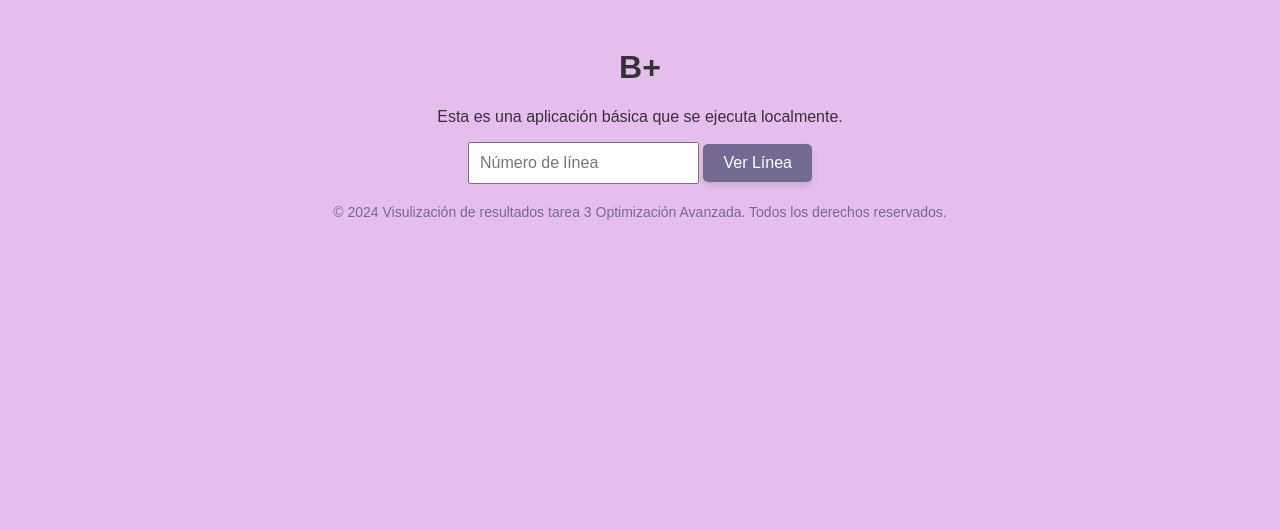
Repository: cflorido/Front_T3
Page: index.html
The author's editor kept a copy of each file at every save. The page is drawn from the files as they stood at one save, then again after the next save.
The browser window is 1280 px wide. The pictures show the whole page.

Above is the page before, as saved 2024-10-22 19:20:13.

### index.html
<!DOCTYPE html>
<html lang="es">
<head>
    <meta charset="UTF-8">
    <meta name="viewport" content="width=device-width, initial-scale=1.0">
    <title>Mi Aplicación HTML Básica</title>
    <style>
        body {
            font-family: Arial, sans-serif;
            background-color: #E5BEED; /* Color de fondo */
            color: #333;
            text-align: center;
            padding: 20px;
        }
        button {
            padding: 10px 20px;
            font-size: 16px;
            cursor: pointer;
            background-color: #736B92; /* Color de fondo del botón */
            color: white; /* Color del texto */
            border: none; /* Sin borde */
            border-radius: 5px; /* Bordes redondeados */
            transition: background-color 0.3s; /* Efecto de transición */
            box-shadow: 0 4px 6px rgba(0, 0, 0, 0.1); /* Sombra */
        }
        button:hover {
            background-color: #7D5C65; /* Color más oscuro al pasar el mouse */
        }
        #contenido {
            margin-top: 20px;
            padding: 10px;
            border: 1px solid #7C90DB; /* Borde color */
            background-color: #fff; /* Fondo blanco */
            border-radius: 8px; /* Bordes redondeados */
            box-shadow: 0 2px 10px rgba(0, 0, 0, 0.2); /* Sombra */
            display: none; /* Oculto por defecto */
        }
        table {
            margin: 20px auto;
            border-collapse: collapse;
            width: 100%;
            border-radius: 10px; /* Bordes redondeados */
            overflow: hidden; /* Esconde bordes */
        }
        th, td {
            border: 1px solid #736B92; /* Borde de las celdas */
            padding: 10px;
            text-align: center;
            width: 14.28%; /* Para que se divida el espacio en 7 columnas */
        }
        th {
            background-color: #9593D9; /* Color de fondo del encabezado */
            color: white; /* Color del texto en el encabezado */
            font-weight: bold; /* Texto en negrita */
        }
        td {
            background-color: #ffffff; /* Color de fondo de las celdas */
            transition: background-color 0.3s; /* Efecto de transición */
        }
        td.utilizado {
            background-color: #7C90DB; /* Color para las franjas utilizadas */
            color: #ffffff; /* Color del texto en las celdas utilizadas */
            font-weight: bold; /* Texto en negrita */
        }
        .footer {
            margin-top: 20px;
            font-size: 14px;
            color: #736B92; /* Color del texto del pie de página */
        }
    </style>
</head>
<body>
    <h1>B+</h1>
    <p>Esta es una aplicación básica que se ejecuta localmente.</p>

    <input type="number" id="numeroLinea" placeholder="Número de línea" min="1" style="padding: 10px; font-size: 16px;">
    <button onclick="cargarLinea()">Ver Línea</button>

    <div id="contenido"></div>

    <div class="footer">
        <p>&copy; 2024 Visulización de resultados tarea 3 Optimización Avanzada. Todos los derechos reservados.</p>
    </div>

    <script>
        let lineas = []; // Array para almacenar las líneas del archivo

        // Función para cargar el contenido del archivo y dividirlo en líneas
        function cargarContenido() {
            fetch('data.txt')
                .then(response => {
                    if (!response.ok) {
                        throw new Error('Error al cargar el archivo: ' + response.statusText);
                    }
                    return response.text();
                })
                .then(data => {
                    lineas = data.split('\n'); // Divide el contenido en líneas
                })
                .catch(error => {
                    console.error(error);
                    alert('No se pudo cargar el contenido.');
                });
        }

        // Función para mostrar la línea seleccionada
        function cargarLinea() {
            const numeroLinea = document.getElementById("numeroLinea").value;
            const contenidoDiv = document.getElementById("contenido");

            // Verificar si el número de línea es válido
            if (numeroLinea > 0 && numeroLinea <= lineas.length) {
                const horario = JSON.parse(lineas[numeroLinea - 1]); // Parsear la línea como JSON
                mostrarHorario(horario); // Mostrar el horario en forma de tabla
                contenidoDiv.style.display = 'block'; // Muestra el div
            } else {
                alert('Número de línea no válido. Intenta de nuevo.');
            }
        }

        // Función para mostrar el horario en una tabla
        function mostrarHorario(horario) {
            const contenidoDiv = document.getElementById("contenido");
            contenidoDiv.innerHTML = ''; // Limpiar el contenido previo

            // Crear la tabla
            const tabla = document.createElement('table');
            const thead = document.createElement('thead');
            const tbody = document.createElement('tbody');

            // Crear encabezado de la tabla
            const encabezado = document.createElement('tr');
            const dias = ['Franja Horaria', 'Lunes', 'Martes', 'Miércoles', 'Jueves', 'Viernes', 'Sábado', 'Domingo'];
            dias.forEach(dia => {
                const th = document.createElement('th');
                th.textContent = dia;
                encabezado.appendChild(th);
            });
            thead.appendChild(encabezado);
            tabla.appendChild(thead);

            // Crear filas de horarios
            for (let i = 0; i < 12; i++) { // 12 franjas horarias
                const fila = document.createElement('tr');

                // Calcular la franja horaria
                const horaInicio = (i * 2) % 24;
                const horaFin = (horaInicio + 2) % 24;
                const franjaHoraria = `${horaInicio < 10 ? '0' : ''}${horaInicio}:00 - ${horaFin < 10 ? '0' : ''}${horaFin}:00`;

                // Añadir la franja horaria a la celda
                const celdaFranja = document.createElement('td');
                celdaFranja.textContent = franjaHoraria;
                fila.appendChild(celdaFranja);

                for (let j = 0; j < 7; j++) { // 7 días de la semana
                    const celda = document.createElement('td');
                    celda.textContent = horario[i * 7 + j]; // Calcular la posición en el array
                    if (horario[i * 7 + j] === 1) {
                        celda.classList.add('utilizado'); // Añadir clase si es utilizado
                    }
                    fila.appendChild(celda);
                }
                tbody.appendChild(fila);
            }

            tabla.appendChild(tbody);
            contenidoDiv.appendChild(tabla);
        }

        // Cargar el contenido del archivo al inicio
        cargarContenido();
    </script>
</body>
</html>

After the next save:
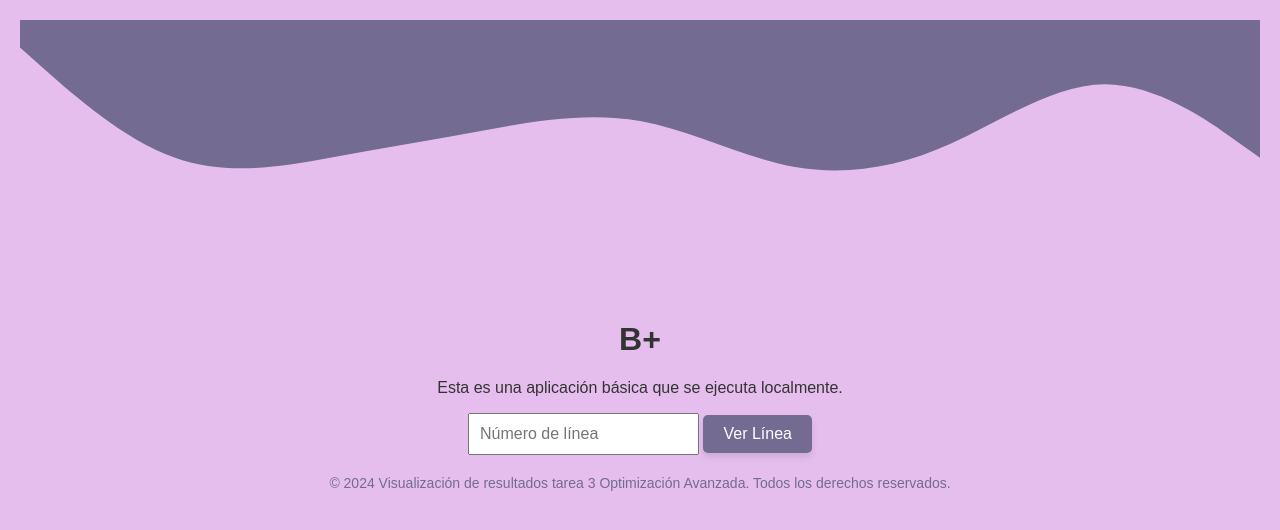
Saved 35 s later.
--- a/index.html
+++ b/index.html
@@ -11,6 +11,7 @@
             color: #333;
             text-align: center;
             padding: 20px;
+            margin: 0; /* Eliminar el margen por defecto */
         }
         button {
             padding: 10px 20px;
@@ -70,6 +71,12 @@
     </style>
 </head>
 <body>
+
+    <!-- Encabezado con olas -->
+    <svg viewBox="0 0 1440 320">
+        <path fill="#736B92" fill-opacity="1" d="M0,32L30,58.7C60,85,120,139,180,160C240,181,300,171,360,160C420,149,480,139,540,128C600,117,660,107,720,117.3C780,128,840,160,900,170.7C960,181,1020,171,1080,144C1140,117,1200,75,1260,74.7C1320,75,1380,117,1410,138.7L1440,160L1440,0L1410,0C1380,0,1320,0,1260,0C1200,0,1140,0,1080,0C1020,0,960,0,900,0C840,0,780,0,720,0C660,0,600,0,540,0C480,0,420,0,360,0C300,0,240,0,180,0C120,0,60,0,30,0L0,0Z"></path>
+    </svg>
+
     <h1>B+</h1>
     <p>Esta es una aplicación básica que se ejecuta localmente.</p>
 
@@ -79,7 +86,7 @@
     <div id="contenido"></div>
 
     <div class="footer">
-        <p>&copy; 2024 Visulización de resultados tarea 3 Optimización Avanzada. Todos los derechos reservados.</p>
+        <p>&copy; 2024 Visualización de resultados tarea 3 Optimización Avanzada. Todos los derechos reservados.</p>
     </div>
 
     <script>

After the save that followed:
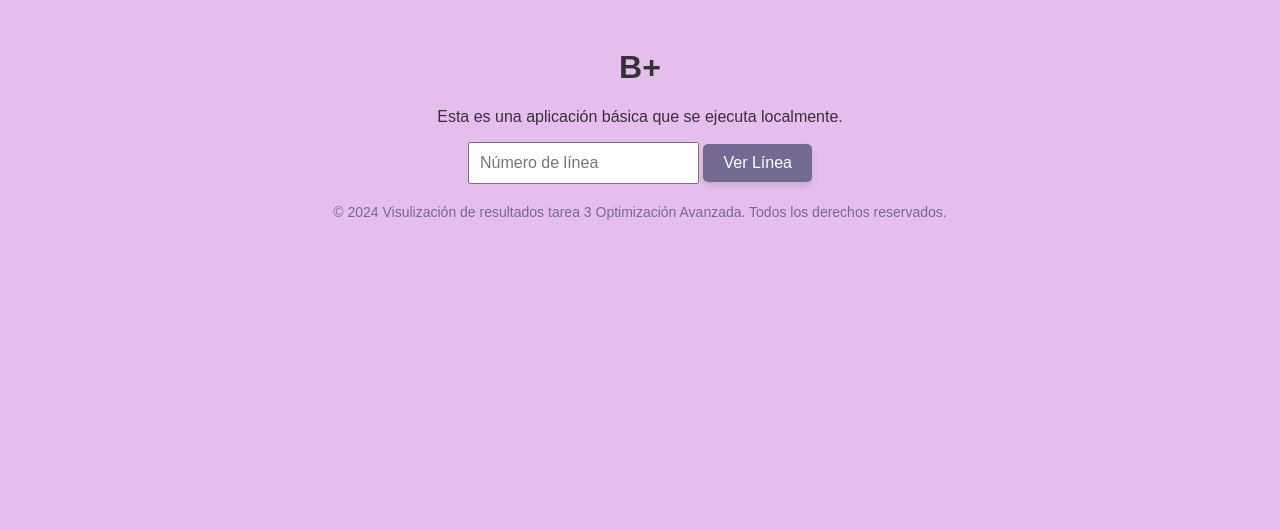
Saved 17 s later.
--- a/index.html
+++ b/index.html
@@ -11,7 +11,6 @@
             color: #333;
             text-align: center;
             padding: 20px;
-            margin: 0; /* Eliminar el margen por defecto */
         }
         button {
             padding: 10px 20px;
@@ -71,12 +70,6 @@
     </style>
 </head>
 <body>
-
-    <!-- Encabezado con olas -->
-    <svg viewBox="0 0 1440 320">
-        <path fill="#736B92" fill-opacity="1" d="M0,32L30,58.7C60,85,120,139,180,160C240,181,300,171,360,160C420,149,480,139,540,128C600,117,660,107,720,117.3C780,128,840,160,900,170.7C960,181,1020,171,1080,144C1140,117,1200,75,1260,74.7C1320,75,1380,117,1410,138.7L1440,160L1440,0L1410,0C1380,0,1320,0,1260,0C1200,0,1140,0,1080,0C1020,0,960,0,900,0C840,0,780,0,720,0C660,0,600,0,540,0C480,0,420,0,360,0C300,0,240,0,180,0C120,0,60,0,30,0L0,0Z"></path>
-    </svg>
-
     <h1>B+</h1>
     <p>Esta es una aplicación básica que se ejecuta localmente.</p>
 
@@ -86,7 +79,7 @@
     <div id="contenido"></div>
 
     <div class="footer">
-        <p>&copy; 2024 Visualización de resultados tarea 3 Optimización Avanzada. Todos los derechos reservados.</p>
+        <p>&copy; 2024 Visulización de resultados tarea 3 Optimización Avanzada. Todos los derechos reservados.</p>
     </div>
 
     <script>
